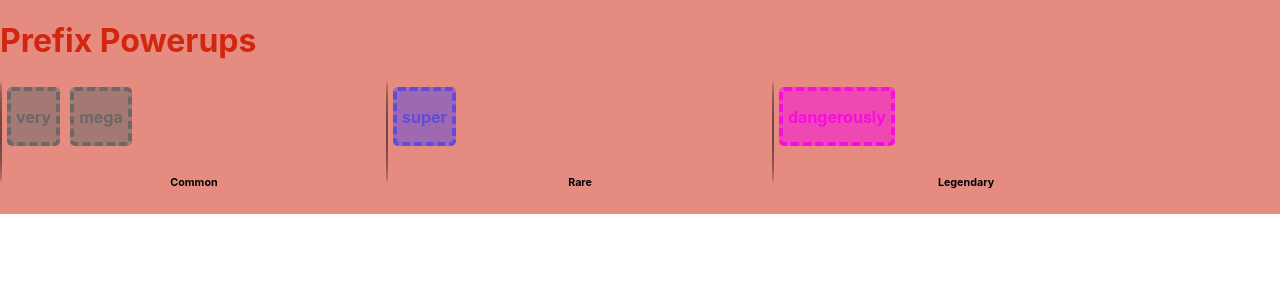
Repository: bsalgado98/buns-inator
Page: /
The author's editor kept a copy of each file at every save. The page is drawn from the files as they stood at one save, then again after the next save.
The browser window is 1280 px wide. The pictures show the whole page.
The project was rebuilt for these pictures with package versions that can differ from the ones it lists, and the page was loaded fresh each time.

Above is the page before, as saved 2022-04-25 22:40:25.

### src/index.css
body {
    margin: 0;
    padding: 0;
    font-family: -apple-system, BlinkMacSystemFont, 'Segoe UI', 'Roboto', 'Oxygen',
        'Ubuntu', 'Cantarell', 'Fira Sans', 'Droid Sans', 'Helvetica Neue',
        sans-serif;
    -webkit-font-smoothing: antialiased;
    -moz-osx-font-smoothing: grayscale;
}

code {
    font-family: source-code-pro, Menlo, Monaco, Consolas, 'Courier New', monospace;
}

### src/App.js
import './App.css';
import WordBank from './components/WordBank/WordBank'

function App() {
    const wordList = {
        prefixPowerups: [
            {
                sectionTitle: "Common",
                words: ['very', 'mega'],
                color: "#6b6867"
            },
            {
                sectionTitle: "Rare",
                words: ['super'],
                color: "#614cd9"
            },
            {
                sectionTitle: "Legendary",
                words: ['dangerously'],
                color: "#f50fde"
            }
        ]
    }

    return (
        <div className="App">
            <WordBank bankTitle='Prefix Powerups' color="#d12711" wordCollection={wordList.prefixPowerups}/>
        </div>
    );
}

export default App;

### src/components/WordBank/WordBank.js
import createWordSection from "../../utility/wordSection"

const WordBank = ({ bankTitle = "N/A", color = "#000000", wordCollection = [] }) => {
    const styles = {
        container: {
            style: {
                backgroundColor: `${color}88`,
                display: 'flex',
                flexDirection: 'column'
            }
        },
        title: {
            style: {
                color: color
            },
            container: {
                style: {
                    display: 'flex',
                    width: '100%'
                }
            }
        },
        collectionArea: {
            style: {
                display: 'flex'
            },
            section: {
                style: {
                    display: 'flex',
                    flexDirection: 'column',
                    width: '30%'
                },
                wordArea: {
                    style: {
                        display: 'flex'
                    }
                }
            }
        },
        divider: {
            style: {
                height: '100px',
                width: '2px',
                backgroundColor: 'black',
                borderRadius: '50%',
                opacity: '0.5'
            }
        }
    }
    return (
        <div style={styles.container.style}>
            <div style={styles.title.container.style}>
                <h1 style={styles.title.style}>{bankTitle}</h1>
            </div>
            <div style={styles.collectionArea.style}>
                {wordCollection.map((section, i) => {
                    return (
                        <>
                            <span style={styles.divider.style}></span>
                            <div key={`section-${i}`} style={styles.collectionArea.section.style}>
                                <div style={styles.collectionArea.section.wordArea.style}>
                                    {createWordSection(section.words, section.color)}
                                </div>
                                <h6>{section.sectionTitle}</h6>
                            </div>
                        </>
                    )
                })}
            </div>
        </div>
    )
}

export default WordBank

### src/utility/wordSection.js
import WordCard from "../components/WordCard/WordCard";

function createWordSection(words, wordColor) {
    return words.map((word, i) => <WordCard key={`word-${i}`} text={word} color={wordColor} />)
}

export default createWordSection

### src/components/WordCard/WordCard.js
const WordCard = ({ text = "N/A", color = "#000000" }) => {
    const styles = {
        container: {
            style: {
                background: `${color}88`,
                display: 'flex',
                border: `4px dashed ${color}`,
                margin: '5px',
                padding: '5px',
                borderRadius: '5px'
            }
        },
        text: {
            style: {
                color: color,
                fontSize: '16px'
            }
        }
    }
    return (
        <div style={styles.container.style}>
            <h1 style={styles.text.style}>{text}</h1>
        </div>
    )
}

export default WordCard

Loaded but not shown: public/index.html (common file); src/index.js (common file); src/reportWebVitals.js (common file); src/App.css (common file)

After the next save:
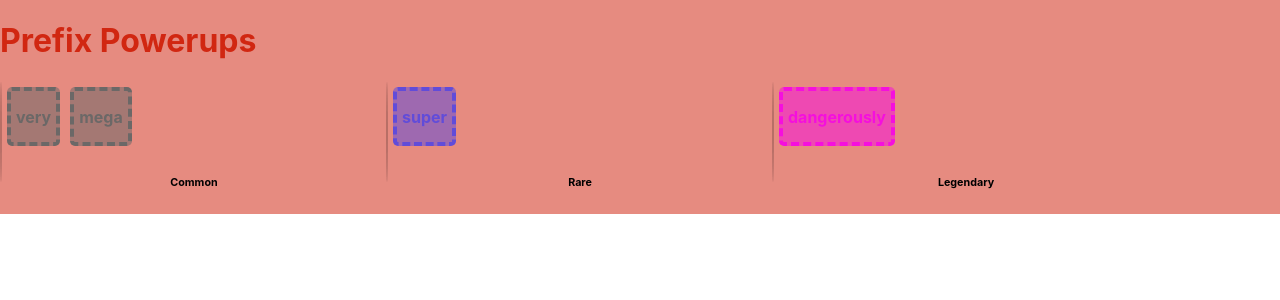
Saved 4 s later.
--- a/src/components/WordBank/WordBank.js
+++ b/src/components/WordBank/WordBank.js
@@ -43,7 +43,7 @@ const WordBank = ({ bankTitle = "N/A", color = "#000000", wordCollection = [] })
                 width: '2px',
                 backgroundColor: 'black',
                 borderRadius: '50%',
-                opacity: '0.5'
+                opacity: '0.2'
             }
         }
     }
